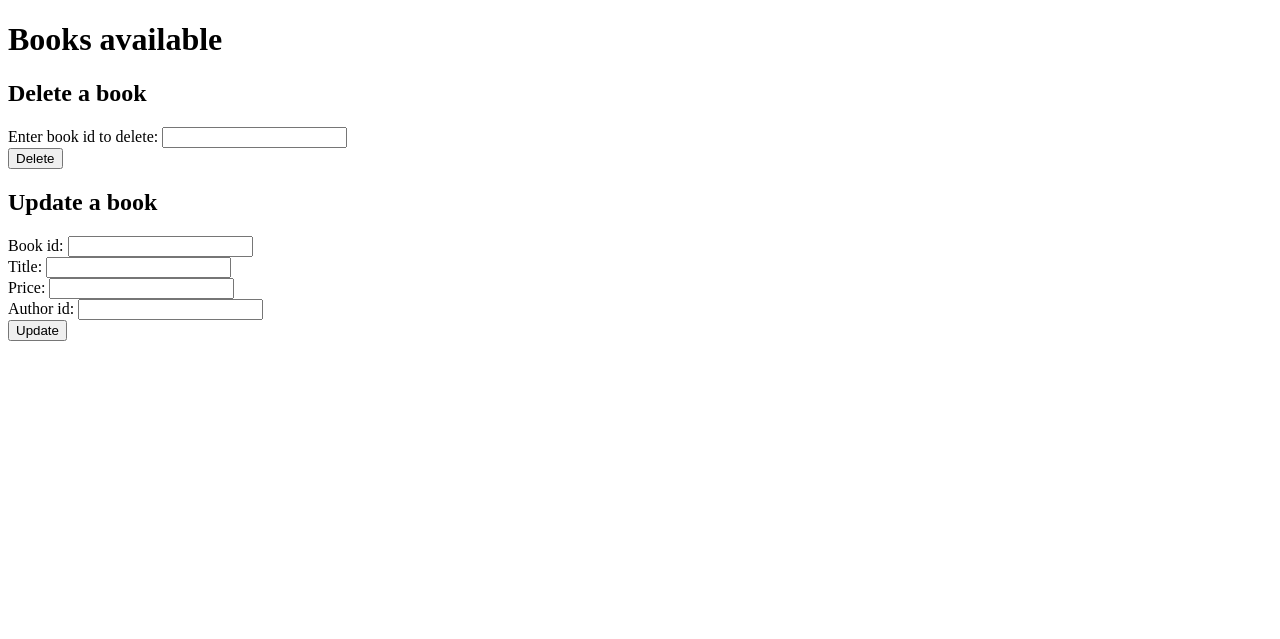
Repository: Jyoshika1263/Java-Training_Genpact
Page: shop/src/main/resources/static/book.html
The author's editor kept a copy of each file at every save. The page is drawn from the files as they stood at one save, then again after the next save.
The browser window is 1280 px wide. The pictures show the whole page.

Above is the page before, as saved 2025-03-03 10:37:49.

After the next save:
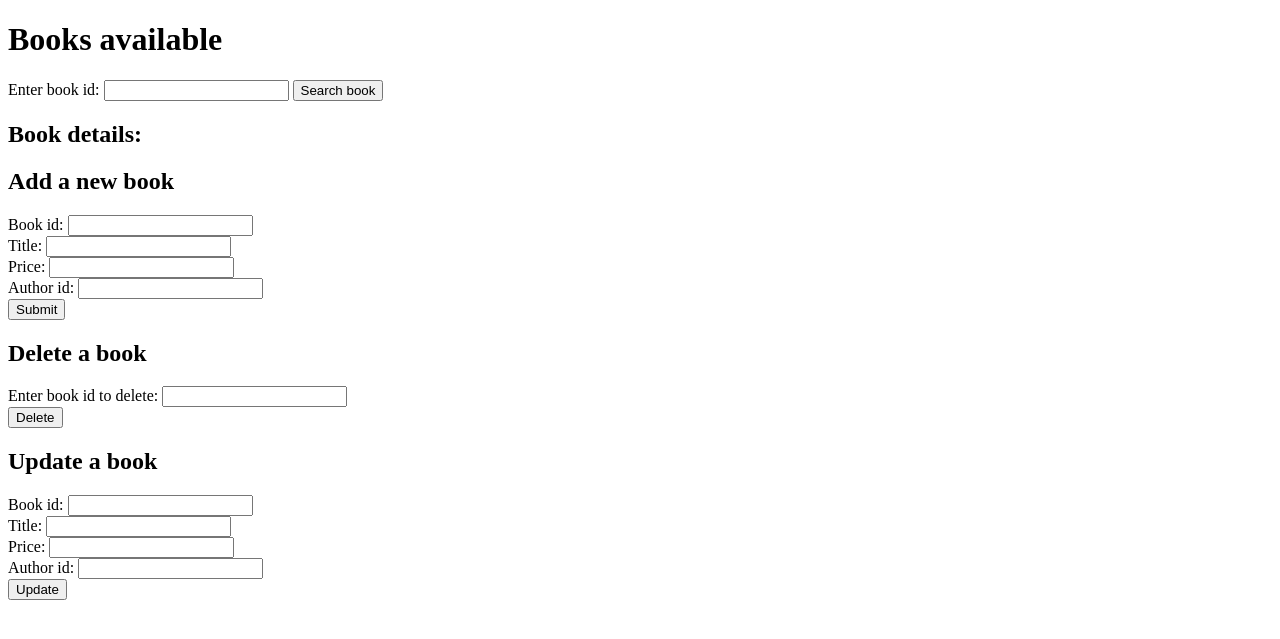
Saved 30 min 35 s later.
--- a/shop/src/main/resources/static/book.html
+++ b/shop/src/main/resources/static/book.html
@@ -9,7 +9,7 @@
 <h1>Books available</h1>
 <ul id="bookList"></ul>
 
-   <!--  <label for="bookId">Enter book id:</label>
+   <label for="bookId">Enter book id:</label>
 <input type="number" id="bookId">
 <button onclick="fetchBookById()">Search book</button>
 
@@ -25,7 +25,7 @@
 <input type="number" id="newBookPrice"><br>
 <label for="newAuthorId">Author id:</label>
 <input type="number" id="newAuthorId"><br>
-<button onclick="submitBooks()">Submit</button> -->
+<button onclick="submitBooks()">Submit</button>
 
     <h2>Delete a book</h2>
 <label for="deleteBookId">Enter book id to delete:</label>
